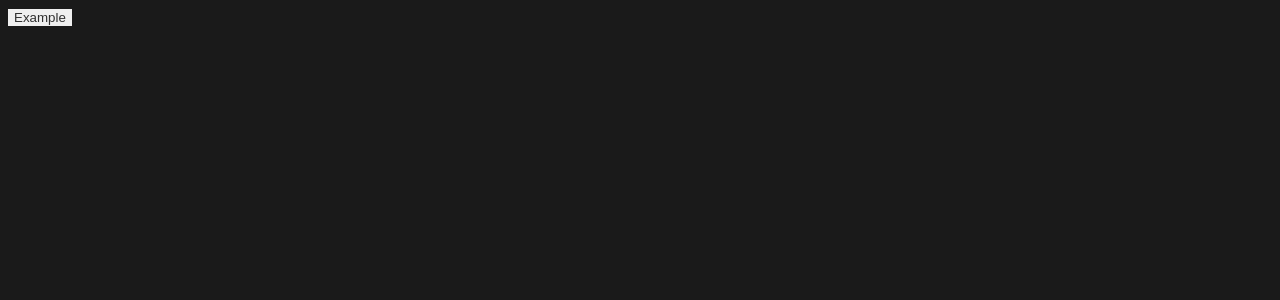
Repository: Folody-Team/Patery-UI
Page: example/index.html
The author's editor kept a copy of each file at every save. The page is drawn from the files as they stood at one save, then again after the next save.
The browser window is 1280 px wide. The pictures show the whole page.

Above is the page before, as saved 2022-01-16 14:14:29.
Console error: ReferenceError: padH is not defined

After the next save:
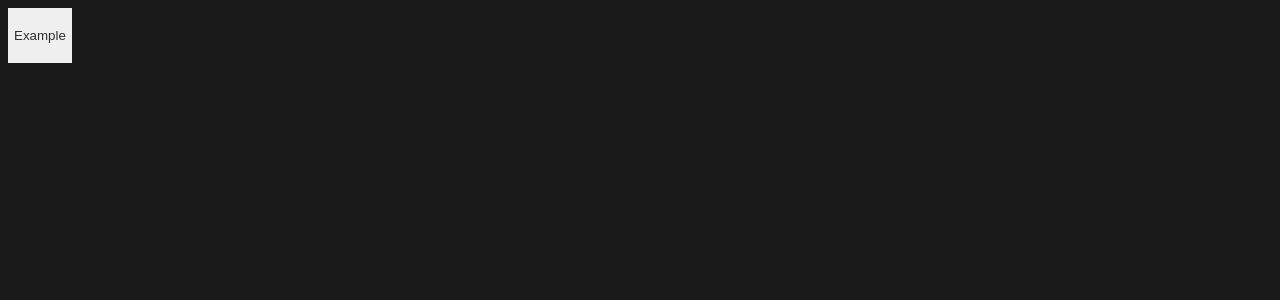
The error is gone.
Saved 5 s later.
--- a/patery.js
+++ b/patery.js
@@ -9,7 +9,7 @@
         const padHorizon = (padH) => {
             e.style.paddingLeft = padH + "px"; e.style.paddingRight = padH + "px";
         }, padVertical = (padV) => {
-            e.style.paddingTop = padH + "px"; e.style.paddingBottom = padH + "px";
+            e.style.paddingTop = padV + "px"; e.style.paddingBottom = padV + "px";
         };
         if (padVer) {
             const padNum = padVer[0].split("-")[1];
